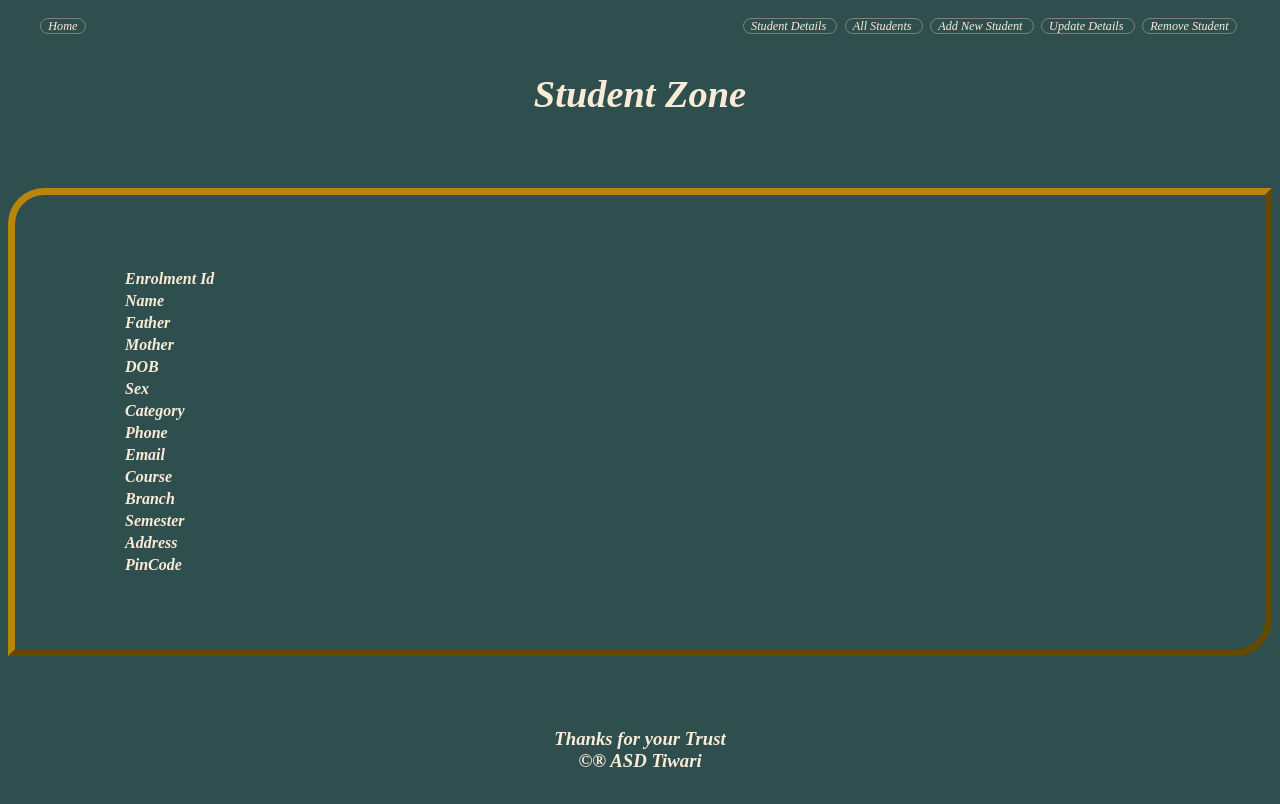
Repository: asdtiwari/Practice
Page: http://localhost/showInfo
An editor plug-in stored every save of this project. The page is shown before and after the next save, followed by the edit.
The browser window is 1280 px wide. The pictures show the whole page.
The page is this project's Thymeleaf template; nobody is signed in. The template is opened directly, without the code that normally fills it, so the values that code supplies are empty.

Above is the page before, as saved 2023-11-17 04:27:25.

### DiwaliProjectSTS/studentZone/src/main/resources/templates/showInfo.html
<!DOCTYPE html>
<html lang="en">
    <head>
        <meta charset="UTF-8">
        <meta name="viewport" content="width-device-width, initial-scale=1.0">

        <title>Student's Detail</title>

        <style>
            .body{
                background-color: darkslategrey;
                color: antiquewhite;
                font-family: cursive;
                font-style: oblique;
            }

            .a{
                text-decoration: none;
                color: antiquewhite;
            }

            .nav{
                position: fixed;
                top: 0vh;
                right: 5vh;
                text-align: right;
            }

            .home{
                position: fixed;
                top: 0vh;
                text-align: left;
                left: 0vh;
            }

            .nav_li{
                display: inline;
                border: solid 0.1vh grey;
                border-radius: 5vh;
                margin-right: 1vh;
                padding-left: 1vh;
                padding-right: 1vh;
                padding-top: 0vh;
                font-size: 1.7vh;
            }

            .nav_li:hover{
                background-color: darkgoldenrod;
                border: solid 0.5vh whitesmoke;
                font-size: 110%
            }

            .nav_a:hover{
                color: black;
            }

            .header{
                margin-top: 10vh;
            }

            .header:hover{
                color: darkgoldenrod;
            }

            .form{
                border: outset 1vh darkgoldenrod;
                border-top-left-radius: 5vh;
                border-bottom-right-radius: 5vh;
                width: inherit;
                margin-top: 10vh;
                margin-bottom: 10vh;
                padding: 10vh;
            }

            .form:hover{
                border-style: inset;
            }

            .tr:hover{
                background: coral;
            }

            .th{
                width: 100vh;
                text-align: left;
                border-top-left-radius: 5vh;
                border-bottom-left-radius: 5vh;
                padding-left: 5vh;
                padding-right: 5vh;
            }

            .td{
                width: 100vh;
                text-align: left;
                border-top-right-radius: 5vh;
                border-bottom-right-radius: 5vh;
                padding-left: 5vh;
                padding-right: 5vh;
            }

            .footer{
                bottom: 0px;
                width: 100%;
                text-align: center;
            }

            .footer:hover{
                color: darkgoldenrod;
            }
        </style>
    </head>

    <body class="body">
        <ul class="home">
            <li class="nav_li"> <a class="nav_a a" href="/student/index" method="get"> Home </a> </li>
        </ul>

        <ul class="nav">
			<li class="nav_li"> <a class="nav_a a" href="/student/viewInfo" method="get" > Student Details </a> </li>
			<li class="nav_li"> <a class="nav_a a" href="/student/showAllInfo" method="get"> All Students </a> </li>
			<li class="nav_li"> <a class="nav_a a" href="/student/register" method="get"> Add New Student </a> </li>
			<li class="nav_li"> <a class="nav_a a" href="/student/update" method="get"> Update Details </a> </li>
			<li class="nav_li"> <a class="nav_a a" href="/student/remove" method="get"> Remove Student </a> </li>
		</ul>

        <center> <big> <h1 class="header"> Student Zone </h1> </big> </center>

        <center>
            <form class="form">
                <table>
                    <tr class="tr">
                        <th class="th"> Enrolment Id </th>
                        <td class="td" th:text="${student.id}"> </td>
                    </tr>

                    <tr class="tr">
                        <th class="th"> Name </th>
                        <td class="td" th:text="${student.name}"> </td>
                    </tr>

                    <tr class="tr">
                        <th class="th"> Father </th>
                        <td class="td" th:text="${student.father}"> </td>
                    </tr>

                    <tr class="tr">
                        <th class="th"> Mother </th>
                        <td class="td" th:text="${student.mother}"> </td>
                    </tr>

                    <tr class="tr">
                        <th class="th"> DOB </th>
                        <td class="td" th:text="${student.dob}"> </td>
                    </tr>

                    <tr class="tr">
                        <th class="th"> Sex </th>
                        <td class="td" th:text="${student.sex}"> </td>
                    </tr>

                    <tr class="tr">
                        <th class="th"> Category </th>
                        <td class="td" th:text="${student.category}"> </td>
                    </tr>

                    <tr class="tr">
                        <th class="th"> Phone </th>
                        <td class="td" th:text="${student.phone}"> </td>
                    </tr>

                    <tr class="tr">
                        <th class="th"> Email </th>
                        <td class="td" th:text="${student.email}"> </td>
                    </tr>

                    <tr class="tr">
                        <th class="th"> Course </th>
                        <td class="td" th:text="${student.course}"> </td>
                    </tr>

                    <tr class="tr">
                        <th class="th"> Branch </th>
                        <td class="td" th:text="${student.branch}"> </td>
                    </tr>

                    <tr class="tr">
                        <th class="th"> Semester </th>
                        <td class="td" th:text="${student.semester}"> </td>
                    </tr>

                    <tr class="tr">
                        <th class="th"> Address </th>
                        <td class="td" th:text="${student.address}"> </td>
                    </tr>

                    <tr class="tr">
                        <th class="th"> PinCode </th>
                        <td class="td" th:text="${student.pin}"> </td>
                    </tr>

                </table>
            </form>
        </center>

        <h3 class = "footer"> Thanks for your Trust <br> <a class="a nav_a" href="https://in.linkedin.com/in/asdtiwari/"> ©® ASD Tiwari </a> </h3>
    </body>
</html>

After the next save:
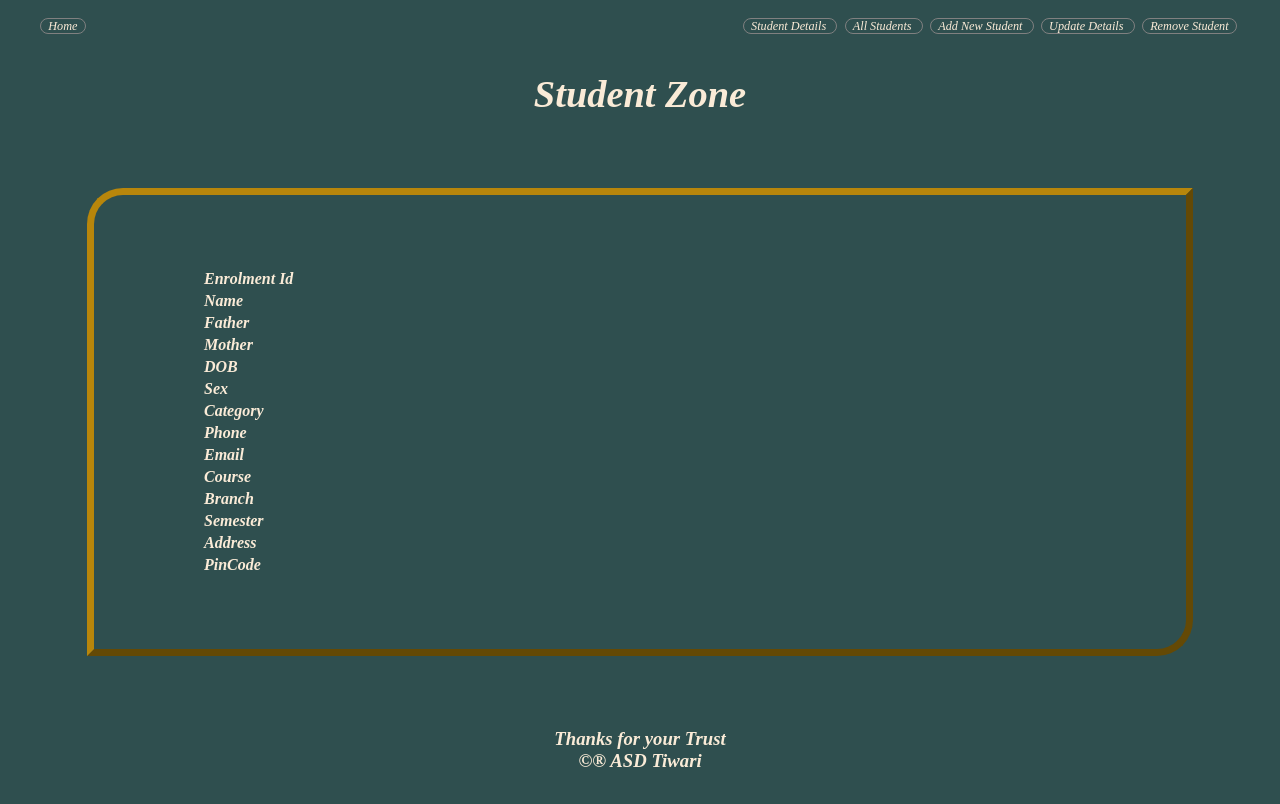
Saved 16 s later.
--- a/DiwaliProjectSTS/studentZone/src/main/resources/templates/showInfo.html
+++ b/DiwaliProjectSTS/studentZone/src/main/resources/templates/showInfo.html
@@ -66,7 +66,7 @@
                 border: outset 1vh darkgoldenrod;
                 border-top-left-radius: 5vh;
                 border-bottom-right-radius: 5vh;
-                width: inherit;
+                width: 75%;
                 margin-top: 10vh;
                 margin-bottom: 10vh;
                 padding: 10vh;
